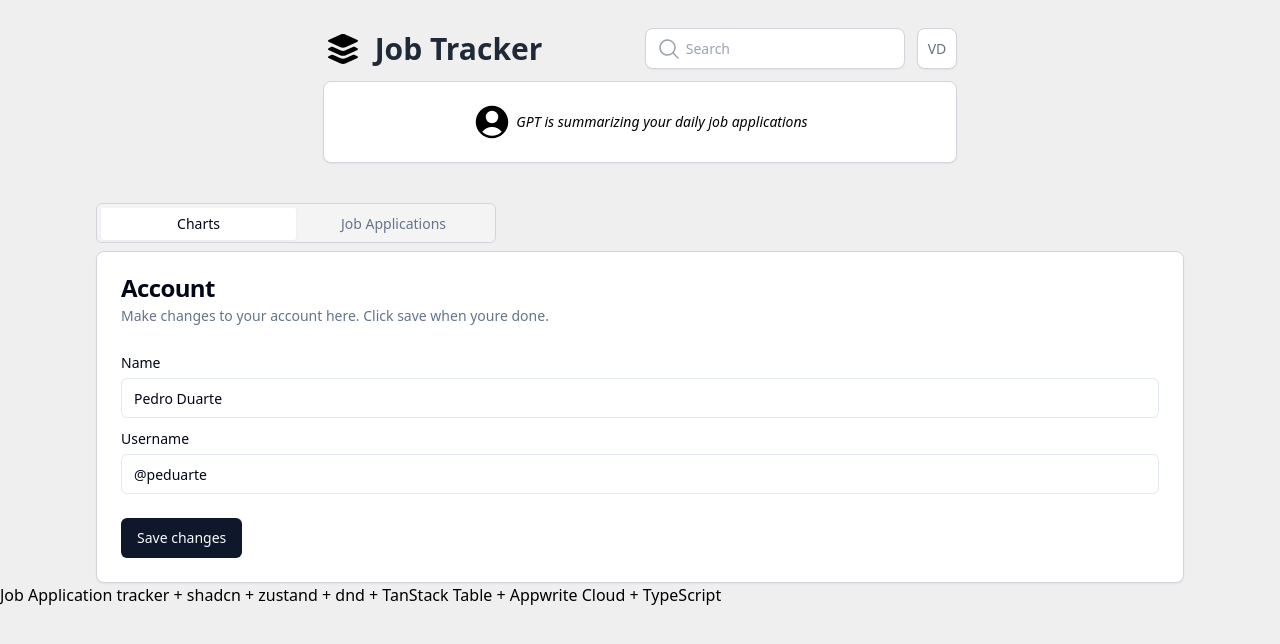
Repository: Vasil1001/job-applications-tracker-nextjs
Page: /
An editor plug-in stored every save of this project. The page is shown before and after a run of saves, followed by the edit.
The browser window is 1280 px wide. The pictures show the whole page.
The project was rebuilt for these pictures with package versions that can differ from the ones it lists, and the page was loaded fresh each time. The framework's server and built-in components were replaced by stand-ins that run in the browser. Also part of the build but not shown: next.config.js.

Above is the page before, as saved 2023-06-24 19:02:59.

### app/layout.tsx
import "./globals.css";
import { Inter } from "next/font/google";

const inter = Inter({ subsets: ["latin"] });

export const metadata = {
  title: "Job Tracker",
  description: "Generated by create next app",
};

export default function RootLayout({
  children,
}: {
  children: React.ReactNode;
}) {
  return (
    <html lang="en">
      <body  suppressHydrationWarning={true} className="bg-[#efefef]">{children}</body>
    </html>
  );
}

### app/page.tsx
import Header from "@/components/Header";
import Image from "next/image";

export default function Home() {
  return (
    <main className="flex min-h-screen max-w-screen flex-col justify-between mx-auto ">
      {/* Header Component */}
      <Header />

      {/* Board dnd Component */}

    </main>
  );
}

### components/Header.tsx
"use client";
import { Search } from "lucide-react";
import React from "react";
import SearchBar from "./navbar/SearchBar";
import { IoIosApps } from "react-icons/io";
import { RiSendPlaneLine } from "react-icons/ri";
import { BiNotepad } from "react-icons/bi";
import Image from "next/image";
import { MagnifyingGlassIcon, UserCircleIcon } from "@heroicons/react/24/solid";
import { FiUser } from "react-icons/fi";
import { HiMagnifyingGlass } from "react-icons/hi2";
import Navbar from "./navbar/Navbar";
import Avatar from "react-avatar";
import JobChartsTab from "./ui/JobChartsTab";

export default function Header() {
  return (
    <header className="">
      <Navbar />

      <JobChartsTab />
      <h1>
        Job Application tracker + shadcn + zustand + dnd + TanStack Table +
        Appwrite Cloud + TypeScript
      </h1>
    </header>
  );
}

### components/navbar/Navbar.tsx
import React from "react";
import SearchBar from "./SearchBar";
import { IoIosApps } from "react-icons/io";
import { HiMagnifyingGlass } from "react-icons/hi2";
import { UserCircleIcon } from "@heroicons/react/24/solid";

export default function Navbar() {
  return (
    <div className="bg-[#efefef] p-7 xl:px-24 transition-all ">
      <div className="xl:w-7/12 mx-auto">
        <div className="flex flex-col md:flex-row items-center transition-all ">
          {/* <Navbar /> */}
          {/* <Image
          src="https://links.papareact.com/c2cdd5"
          alt="Logo"
          width={300}
          height={100}
          className="w-44 md:w-56 pb-10 md:pb-0 object-contain"
        /> */}
          {/* Logo */}
          <div className="flex items-center font-bold text-3xl mb-3 md:mb-0">
            <IoIosApps size={40} className="mr-3" />
            <span className="text-gray-800">Job Tracker</span>
          </div>

          {/* Search input, button and profile */}
          <div className="flex items-center gap-3 flex-1 justify-end w-full">
            <form className=" flex items-center justify-center  flex-1 md:flex-initial transition-all">
              <div className="relative  flex-1 md:flex-initial">
                <span className="absolute inset-y-0 left-0 flex items-center pl-3">
                  <HiMagnifyingGlass className="w-6 h-6 text-gray-400" />
                </span>
                <div className="flex gap-3 h-full">
                  <input
                    type="text"
                    className="w-full flex-1 h-full py-2.5 pl-10 pr-4 border shadow-sm focus-visible:outline-none focus-visible:ring-1 focus:ring-gray-400 text-black bg-white border-gray-300 text-sm rounded-lg hover:border-gray-300 placeholder:text-gray-400 focus:placeholder:text-gray-500"
                    placeholder="Search"
                  />
                  <div className="border flex px-2.5 items-center justify-center shadow-sm focus-visible:outline-none focus-visible:ring-1 focus:ring-gray-400 bg-white text-gray-500 border-gray-300 text-sm rounded-lg hover:border-gray-300">
                    VD
                  </div>
                </div>
              </div>
              <button hidden> Search</button>
            </form>
          </div>
        </div>

        <div className="flex w-full flex-1  md:justify-end mt-3">
          <p className="flex flex-1 items-center justify-center text-sm font-light pr-5 shadow-sm rounded-lg p-5 w-fit bg-white italic border border-gray-300 hover:border-gray-300">
            <UserCircleIcon className=" inline-block h-10 w-10 mr-1" />
            GPT is summarizing your daily job applications
          </p>
        </div>
      </div>
    </div>
  );
}

### components/ui/JobChartsTab.tsx
import { Button } from "@/components/ui/button";
import {
  Card,
  CardContent,
  CardDescription,
  CardFooter,
  CardHeader,
  CardTitle,
} from "@/components/ui/card";
import { Input } from "@/components/ui/input";
import { Label } from "@/components/ui/label";
import { Tabs, TabsContent, TabsList, TabsTrigger } from "@/components/ui/tabs";
export default function JobChartsTab() {
  return (
    <div className="px-7 pt-3 xl:px-24 transition-all bg-[#efefef]">
      <Tabs defaultValue="account" className="">
        <TabsList className="grid grid-cols-2 w-[400px] border border-gray-300">
          <TabsTrigger className="" value="account">Charts</TabsTrigger>
          <TabsTrigger className="" value="password">Job Applications</TabsTrigger>
        </TabsList>
        <TabsContent value="account">
          <Card>
            <CardHeader>
              <CardTitle>Account</CardTitle>
              <CardDescription>
                Make changes to your account here. Click save when youre done.
              </CardDescription>
            </CardHeader>
            <CardContent className="space-y-2">
              <div className="space-y-1">
                <Label htmlFor="name">Name</Label>
                <Input id="name" defaultValue="Pedro Duarte" />
              </div>
              <div className="space-y-1">
                <Label htmlFor="username">Username</Label>
                <Input id="username" defaultValue="@peduarte" />
              </div>
            </CardContent>
            <CardFooter>
              <Button>Save changes</Button>
            </CardFooter>
          </Card>
        </TabsContent>
        <TabsContent value="password">
          <Card>
            <CardHeader>
              <CardTitle>Password</CardTitle>
              <CardDescription>
                Change your password here. After saving, yoll be logged out.
              </CardDescription>
            </CardHeader>
            <CardContent className="space-y-2">
              <div className="space-y-1">
                <Label htmlFor="current">Current password</Label>
                <Input id="current" type="password" />
              </div>
              <div className="space-y-1">
                <Label htmlFor="new">New password</Label>
                <Input id="new" type="password" />
              </div>
            </CardContent>
            <CardFooter>
              <Button>Save password</Button>
            </CardFooter>
          </Card>
        </TabsContent>
      </Tabs>
    </div>
  );
}

### components/ui/button.tsx
import * as React from "react"
import { Slot } from "@radix-ui/react-slot"
import { cva, type VariantProps } from "class-variance-authority"

import { cn } from "@/lib/utils"

const buttonVariants = cva(
  "inline-flex items-center justify-center rounded-md text-sm font-medium ring-offset-white transition-colors focus-visible:outline-none focus-visible:ring-2 focus-visible:ring-slate-400 focus-visible:ring-offset-2 disabled:pointer-events-none disabled:opacity-50 dark:ring-offset-slate-950 dark:focus-visible:ring-slate-800",
  {
    variants: {
      variant: {
        default: "bg-slate-900 text-slate-50 hover:bg-slate-900/90 dark:bg-slate-50 dark:text-slate-900 dark:hover:bg-slate-50/90",
        destructive:
          "bg-red-500 text-slate-50 hover:bg-red-500/90 dark:bg-red-900 dark:text-red-50 dark:hover:bg-red-900/90",
        outline:
          "border border-slate-200 bg-white hover:bg-slate-100 hover:text-slate-900 dark:border-slate-800 dark:bg-slate-950 dark:hover:bg-slate-800 dark:hover:text-slate-50",
        secondary:
          "bg-slate-100 text-slate-900 hover:bg-slate-100/80 dark:bg-slate-800 dark:text-slate-50 dark:hover:bg-slate-800/80",
        ghost: "hover:bg-slate-100 hover:text-slate-900 dark:hover:bg-slate-800 dark:hover:text-slate-50",
        link: "text-slate-900 underline-offset-4 hover:underline dark:text-slate-50",
      },
      size: {
        default: "h-10 px-4 py-2",
        sm: "h-9 rounded-md px-3",
        lg: "h-11 rounded-md px-8",
        icon: "h-10 w-10",
      },
    },
    defaultVariants: {
      variant: "default",
      size: "default",
    },
  }
)

export interface ButtonProps
  extends React.ButtonHTMLAttributes<HTMLButtonElement>,
    VariantProps<typeof buttonVariants> {
  asChild?: boolean
}

const Button = React.forwardRef<HTMLButtonElement, ButtonProps>(
  ({ className, variant, size, asChild = false, ...props }, ref) => {
    const Comp = asChild ? Slot : "button"
    return (
      <Comp
        className={cn(buttonVariants({ variant, size, className }))}
        ref={ref}
        {...props}
      />
    )
  }
)
Button.displayName = "Button"

export { Button, buttonVariants }

### components/ui/card.tsx
import * as React from "react"

import { cn } from "@/lib/utils"

const Card = React.forwardRef<
  HTMLDivElement,
  React.HTMLAttributes<HTMLDivElement>
>(({ className, ...props }, ref) => (
  <div
    ref={ref}
    className={cn(
      "rounded-lg border border-gray-300 bg-white text-slate-950 shadow-sm dark:border-slate-800 dark:bg-slate-950 dark:text-slate-50",
      className
    )}
    {...props}
  />
))
Card.displayName = "Card"

const CardHeader = React.forwardRef<
  HTMLDivElement,
  React.HTMLAttributes<HTMLDivElement>
>(({ className, ...props }, ref) => (
  <div
    ref={ref}
    className={cn("flex flex-col space-y-1.5 p-6", className)}
    {...props}
  />
))
CardHeader.displayName = "CardHeader"

const CardTitle = React.forwardRef<
  HTMLParagraphElement,
  React.HTMLAttributes<HTMLHeadingElement>
>(({ className, ...props }, ref) => (
  <h3
    ref={ref}
    className={cn(
      "text-2xl font-semibold leading-none tracking-tight",
      className
    )}
    {...props}
  />
))
CardTitle.displayName = "CardTitle"

const CardDescription = React.forwardRef<
  HTMLParagraphElement,
  React.HTMLAttributes<HTMLParagraphElement>
>(({ className, ...props }, ref) => (
  <p
    ref={ref}
    className={cn("text-sm text-slate-500 dark:text-slate-400", className)}
    {...props}
  />
))
CardDescription.displayName = "CardDescription"

const CardContent = React.forwardRef<
  HTMLDivElement,
  React.HTMLAttributes<HTMLDivElement>
>(({ className, ...props }, ref) => (
  <div ref={ref} className={cn("p-6 pt-0", className)} {...props} />
))
CardContent.displayName = "CardContent"

const CardFooter = React.forwardRef<
  HTMLDivElement,
  React.HTMLAttributes<HTMLDivElement>
>(({ className, ...props }, ref) => (
  <div
    ref={ref}
    className={cn("flex items-center p-6 pt-0", className)}
    {...props}
  />
))
CardFooter.displayName = "CardFooter"

export { Card, CardHeader, CardFooter, CardTitle, CardDescription, CardContent }

### components/ui/input.tsx
import * as React from "react"

import { cn } from "@/lib/utils"

export interface InputProps
  extends React.InputHTMLAttributes<HTMLInputElement> {}

const Input = React.forwardRef<HTMLInputElement, InputProps>(
  ({ className, type, ...props }, ref) => {
    return (
      <input
        type={type}
        className={cn(
          "flex h-10 w-full rounded-md border border-slate-200 border-slate-200 bg-white px-3 py-2 text-sm ring-offset-white file:border-0 file:bg-transparent file:text-sm file:font-medium placeholder:text-slate-500 focus-visible:outline-none focus-visible:ring-2 focus-visible:ring-slate-400 focus-visible:ring-offset-2 disabled:cursor-not-allowed disabled:opacity-50 dark:border-slate-800 dark:border-slate-800 dark:bg-slate-950 dark:ring-offset-slate-950 dark:placeholder:text-slate-400 dark:focus-visible:ring-slate-800",
          className
        )}
        ref={ref}
        {...props}
      />
    )
  }
)
Input.displayName = "Input"

export { Input }

### components/ui/label.tsx
import * as React from "react"
import * as LabelPrimitive from "@radix-ui/react-label"
import { cva, type VariantProps } from "class-variance-authority"

import { cn } from "@/lib/utils"

const labelVariants = cva(
  "text-sm font-medium leading-none peer-disabled:cursor-not-allowed peer-disabled:opacity-70"
)

const Label = React.forwardRef<
  React.ElementRef<typeof LabelPrimitive.Root>,
  React.ComponentPropsWithoutRef<typeof LabelPrimitive.Root> &
    VariantProps<typeof labelVariants>
>(({ className, ...props }, ref) => (
  <LabelPrimitive.Root
    ref={ref}
    className={cn(labelVariants(), className)}
    {...props}
  />
))
Label.displayName = LabelPrimitive.Root.displayName

export { Label }

### components/ui/tabs.tsx
import * as React from "react"
import * as TabsPrimitive from "@radix-ui/react-tabs"

import { cn } from "@/lib/utils"

const Tabs = TabsPrimitive.Root

const TabsList = React.forwardRef<
  React.ElementRef<typeof TabsPrimitive.List>,
  React.ComponentPropsWithoutRef<typeof TabsPrimitive.List>
>(({ className, ...props }, ref) => (
  <TabsPrimitive.List
    ref={ref}
    className={cn(
      "inline-flex h-10 items-center justify-center rounded-md bg-zinc-100 p-1 text-slate-500 dark:bg-slate-800 dark:text-slate-400",
      className
    )}
    {...props}
  />
))
TabsList.displayName = TabsPrimitive.List.displayName

const TabsTrigger = React.forwardRef<
  React.ElementRef<typeof TabsPrimitive.Trigger>,
  React.ComponentPropsWithoutRef<typeof TabsPrimitive.Trigger>
>(({ className, ...props }, ref) => (
  <TabsPrimitive.Trigger
    ref={ref}
    className={cn(
      "inline-flex items-center justify-center whitespace-nowrap rounded-sm px-3 py-1.5 text-sm font-medium ring-offset-white transition-all focus-visible:outline-none focus-visible:ring-2 focus-visible:ring-slate-400 focus-visible:ring-offset-2 disabled:pointer-events-none disabled:opacity-50 data-[state=active]:bg-white data-[state=active]:text-slate-950 data-[state=active]:shadow-sm dark:ring-offset-slate-950 dark:focus-visible:ring-slate-800 dark:data-[state=active]:bg-slate-950 dark:data-[state=active]:text-slate-50",
      className
    )}
    {...props}
  />
))
TabsTrigger.displayName = TabsPrimitive.Trigger.displayName

const TabsContent = React.forwardRef<
  React.ElementRef<typeof TabsPrimitive.Content>,
  React.ComponentPropsWithoutRef<typeof TabsPrimitive.Content>
>(({ className, ...props }, ref) => (
  <TabsPrimitive.Content
    ref={ref}
    className={cn(
      "mt-2 ring-offset-white focus-visible:outline-none focus-visible:ring-2 focus-visible:ring-slate-400 focus-visible:ring-offset-2 dark:ring-offset-slate-950 dark:focus-visible:ring-slate-800",
      className
    )}
    {...props}
  />
))
TabsContent.displayName = TabsPrimitive.Content.displayName

export { Tabs, TabsList, TabsTrigger, TabsContent }

Loaded but not shown: app/globals.css (common file); lib/utils.ts (common file); tailwind.config.js (common file)

After the next 2 saves:
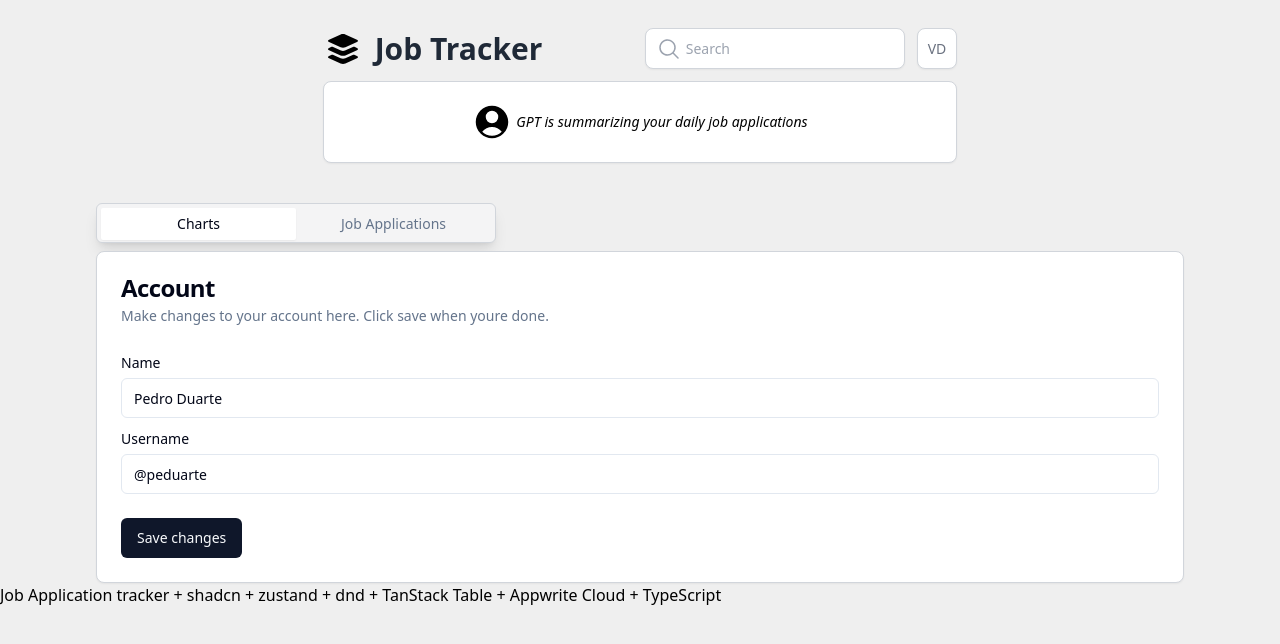
The 2 saves are shown as one change because they came seconds apart.
The last was saved 11 s later.
--- a/components/ui/tabs.tsx
+++ b/components/ui/tabs.tsx
@@ -12,7 +12,7 @@ const TabsList = React.forwardRef<
   <TabsPrimitive.List
     ref={ref}
     className={cn(
-      "inline-flex h-10 items-center justify-center rounded-md bg-zinc-100 p-1 text-slate-500 dark:bg-slate-800 dark:text-slate-400",
+      "inline-flex h-10 items-center justify-center rounded-md shadow-lg bg-zinc-100 p-1 text-slate-500 dark:bg-slate-800 dark:text-slate-400",
       className
     )}
     {...props}
